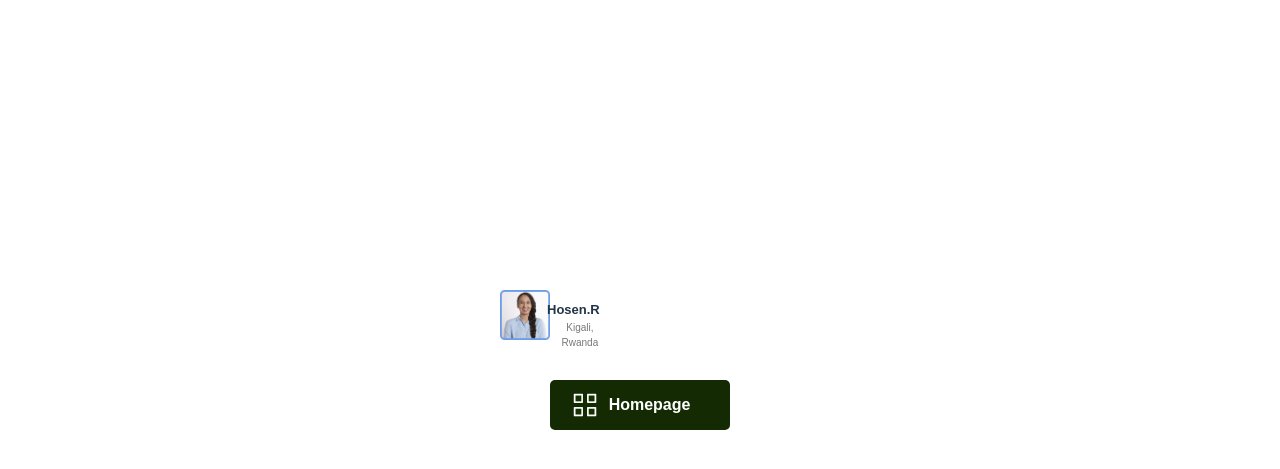
Repository: Auda-frontend/Kenshikeza
Page: /
The author's editor kept a copy of each file at every save. The page is drawn from the files as they stood at one save, then again after the next save.
The browser window is 1280 px wide. The pictures show the whole page.
The project was rebuilt for these pictures with package versions that can differ from the ones it lists, and the page was loaded fresh each time. Also part of the build but not shown: vite.config.js.

Above is the page before, as saved 2024-01-25 09:48:29.

After the next save:
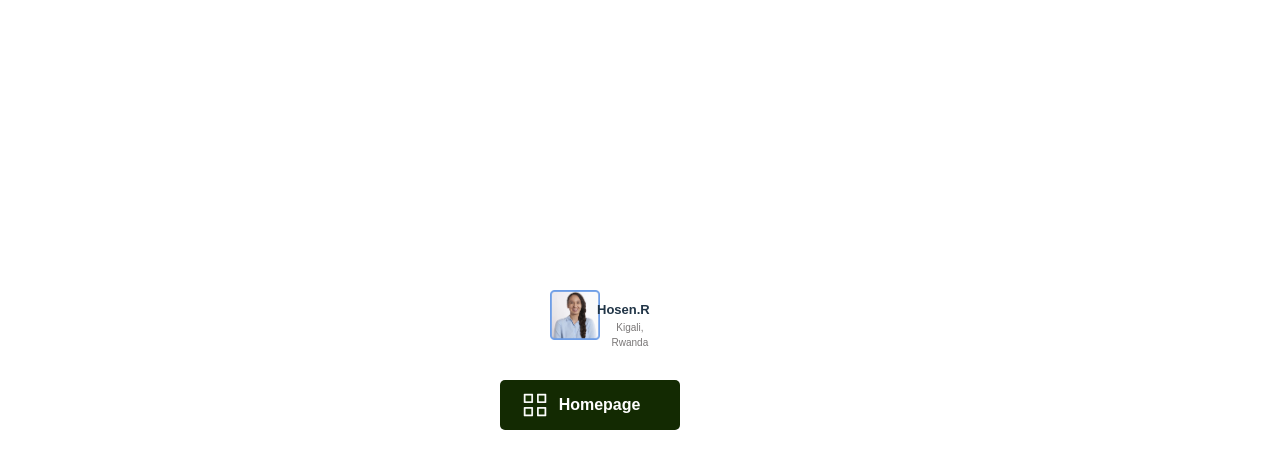
Saved 5 s later.
--- a/src/Components/SideBar.css
+++ b/src/Components/SideBar.css
@@ -48,7 +48,7 @@ display: flex;
 align-items: center;
 border-radius: 5px;
 justify-content: space-around;
-margin-left: ;
+margin-left: -100px;
 }
 .homepage .homeIcon{
     width: 30px;
